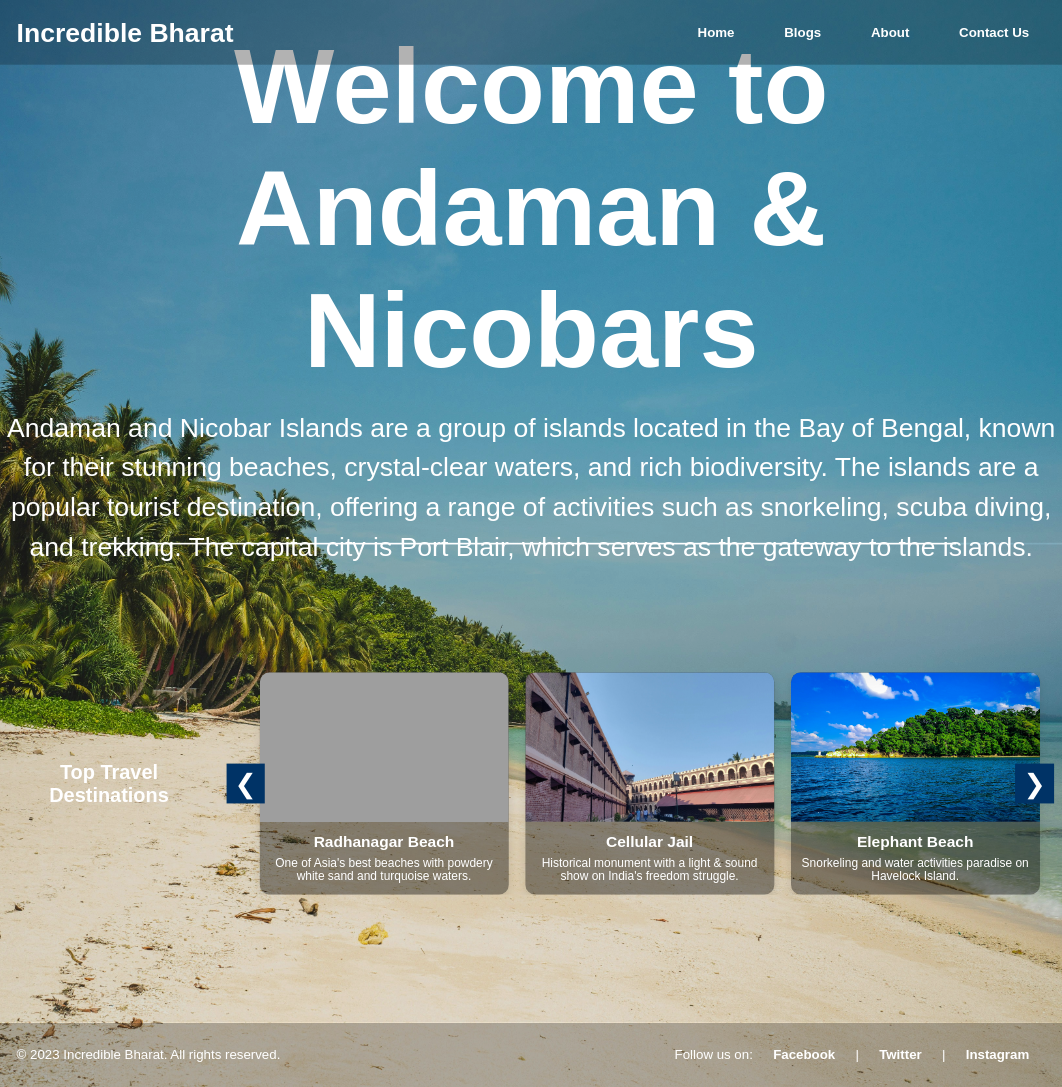
Repository: jaidhiman111/incrediblebharat
Page: destinations/Andaman-Nicobar/Andaman&Nicobar.html
The author's editor kept a copy of each file at every save. The page is drawn from the files as they stood at one save, then again after the next save.
The browser window is 1280 px wide. The pictures show the whole page, at 83% of full size.
Pictures or frames that could not be fetched are drawn as grey boxes.

Above is the page before, as saved 2025-05-01 21:41:39.

After the next save:
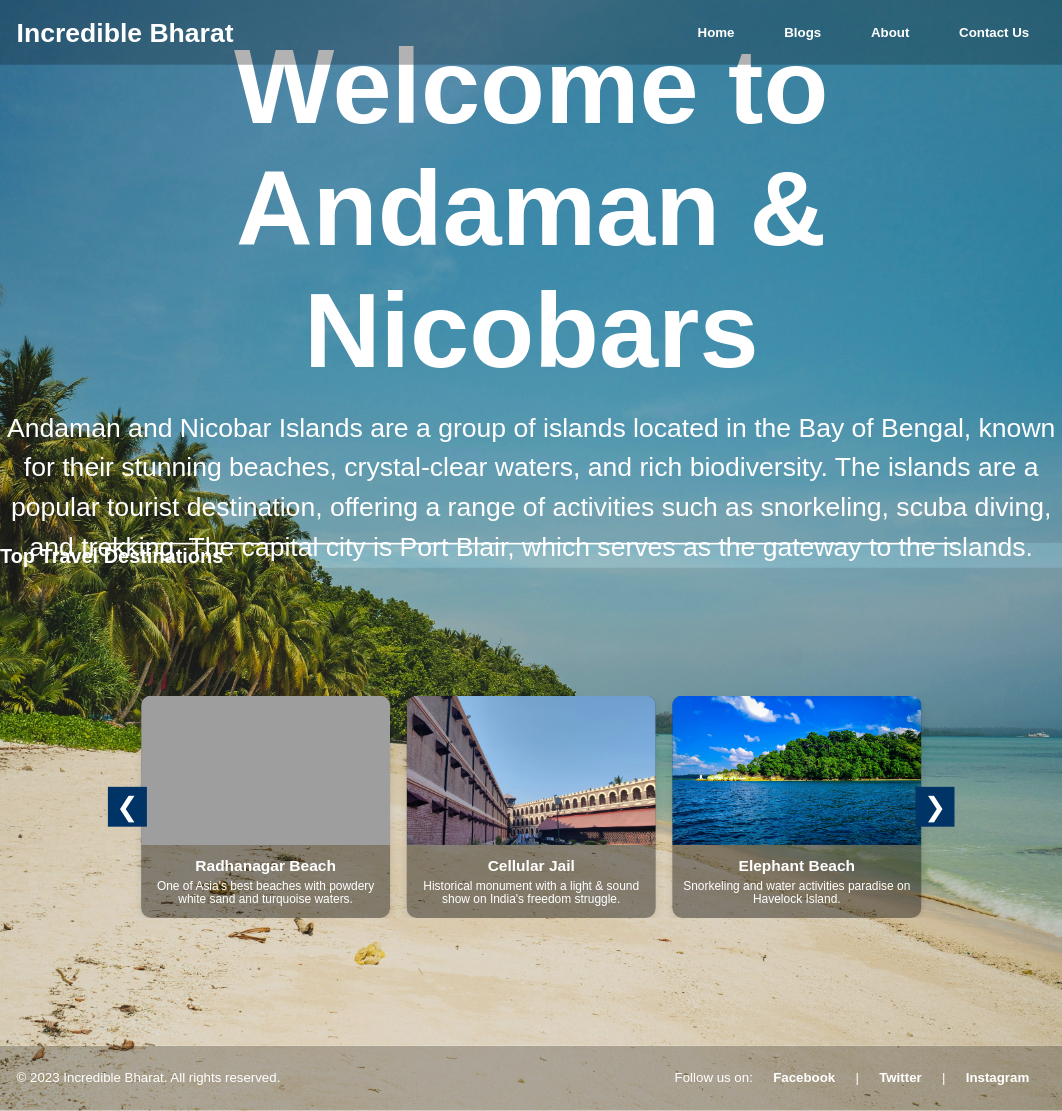
Saved 44 s later.
--- a/destinations/Andaman-Nicobar/Andaman&Nicobar.html
+++ b/destinations/Andaman-Nicobar/Andaman&Nicobar.html
@@ -37,8 +37,9 @@
                 Blair, which serves as the gateway to the islands.</p>
         </section>
         <hr>
+        <h2>Top Travel Destinations</h2>
         <section id="travel-slider">
-            <h2>Top Travel Destinations</h2>
+
             <div class="slider-container">
               <button class="slide-btn left" onclick="slideLeft('travel')">&#10094;</button>
 

After the save that followed:
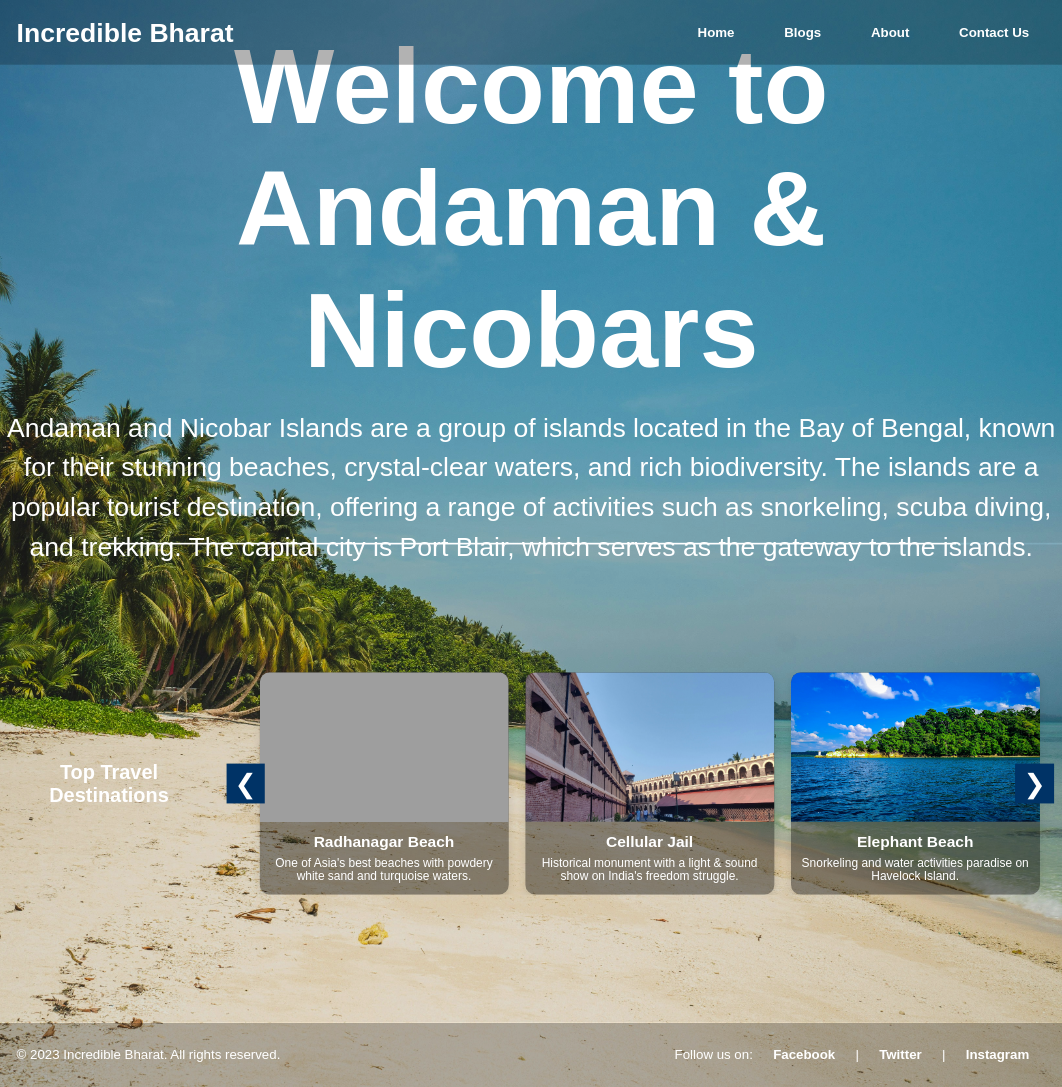
Saved 12 s later.
--- a/destinations/Andaman-Nicobar/Andaman&Nicobar.html
+++ b/destinations/Andaman-Nicobar/Andaman&Nicobar.html
@@ -37,9 +37,8 @@
                 Blair, which serves as the gateway to the islands.</p>
         </section>
         <hr>
-        <h2>Top Travel Destinations</h2>
         <section id="travel-slider">
-
+            <h2>Top Travel Destinations</h2>
             <div class="slider-container">
               <button class="slide-btn left" onclick="slideLeft('travel')">&#10094;</button>
 
